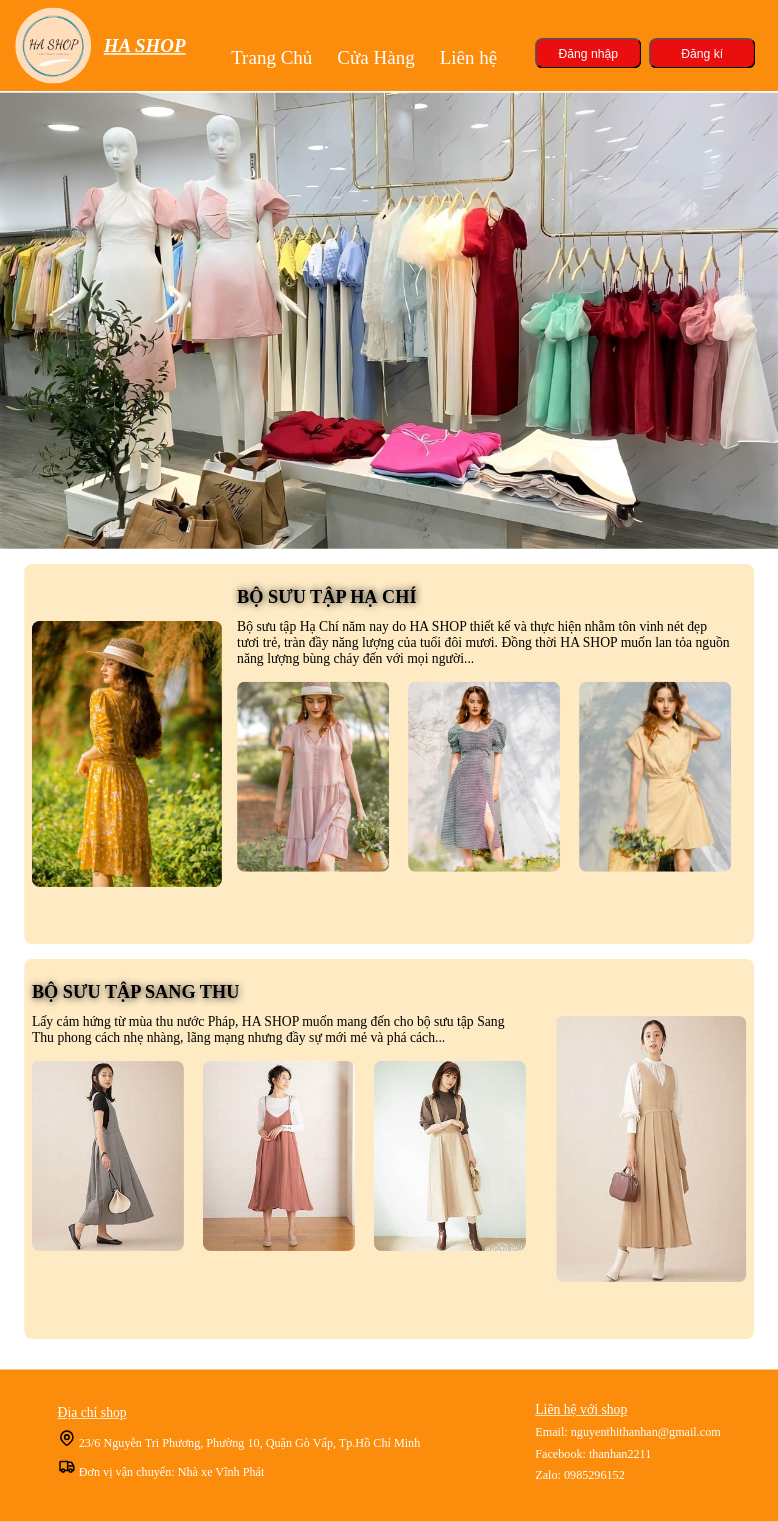
Repository: manhhieu120499/Project_ShopQuanAo
Page: index.html
The author's editor kept a copy of each file at every save. The page is drawn from the files as they stood at one save, then again after the next save.
The browser window is 1024 px wide. The pictures show the whole page, at 76% of full size.

Above is the page before, as saved 2023-04-07 22:24:35.

After the next save:
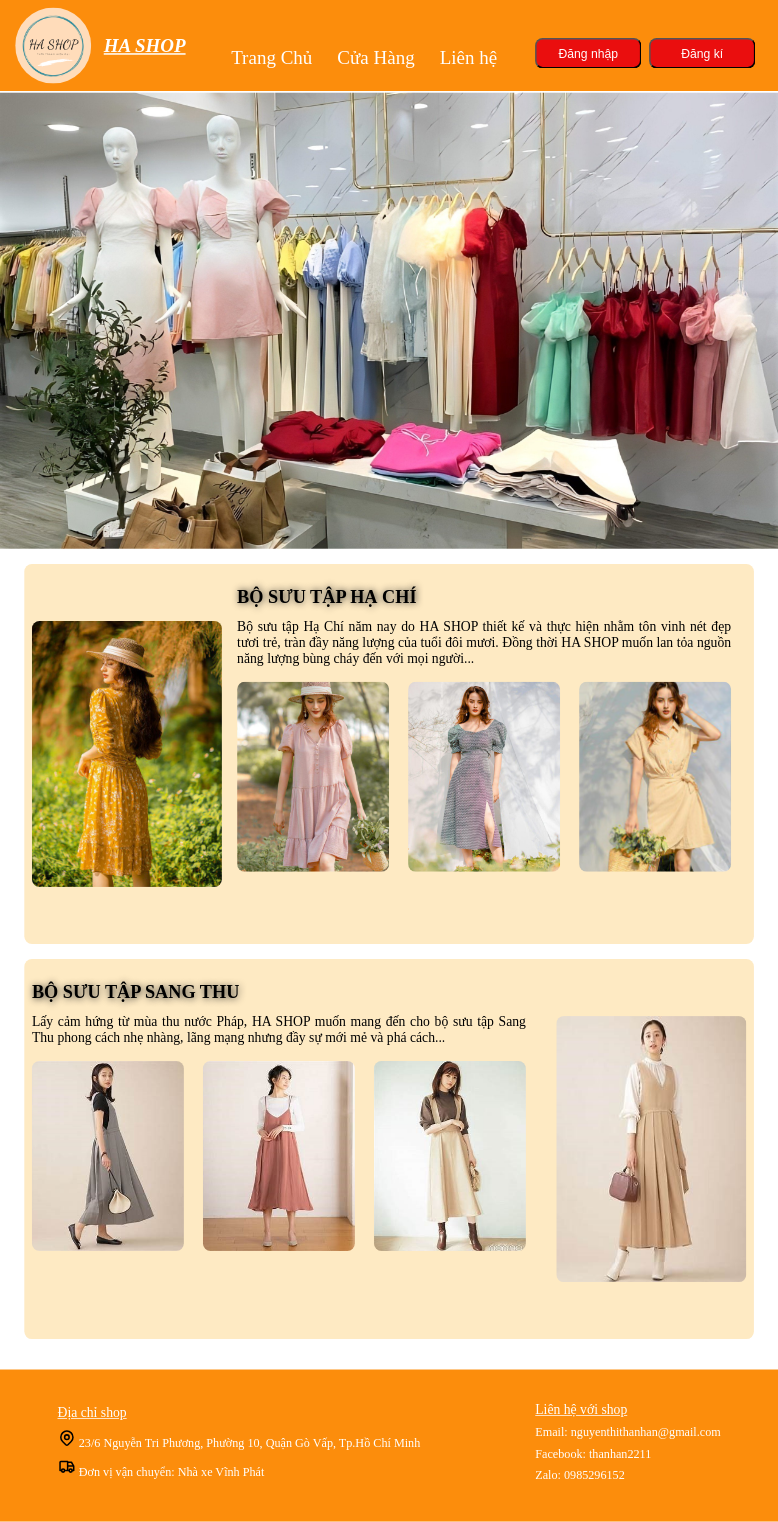
Saved 55 s later.
--- a/responsive/responsive_trangchu.css
+++ b/responsive/responsive_trangchu.css
@@ -33,4 +33,10 @@
         width: 200px;
         height: 250px;
     }
+
+
+
+.right_description .desc{
+    text-align: justify;
 }
+}
